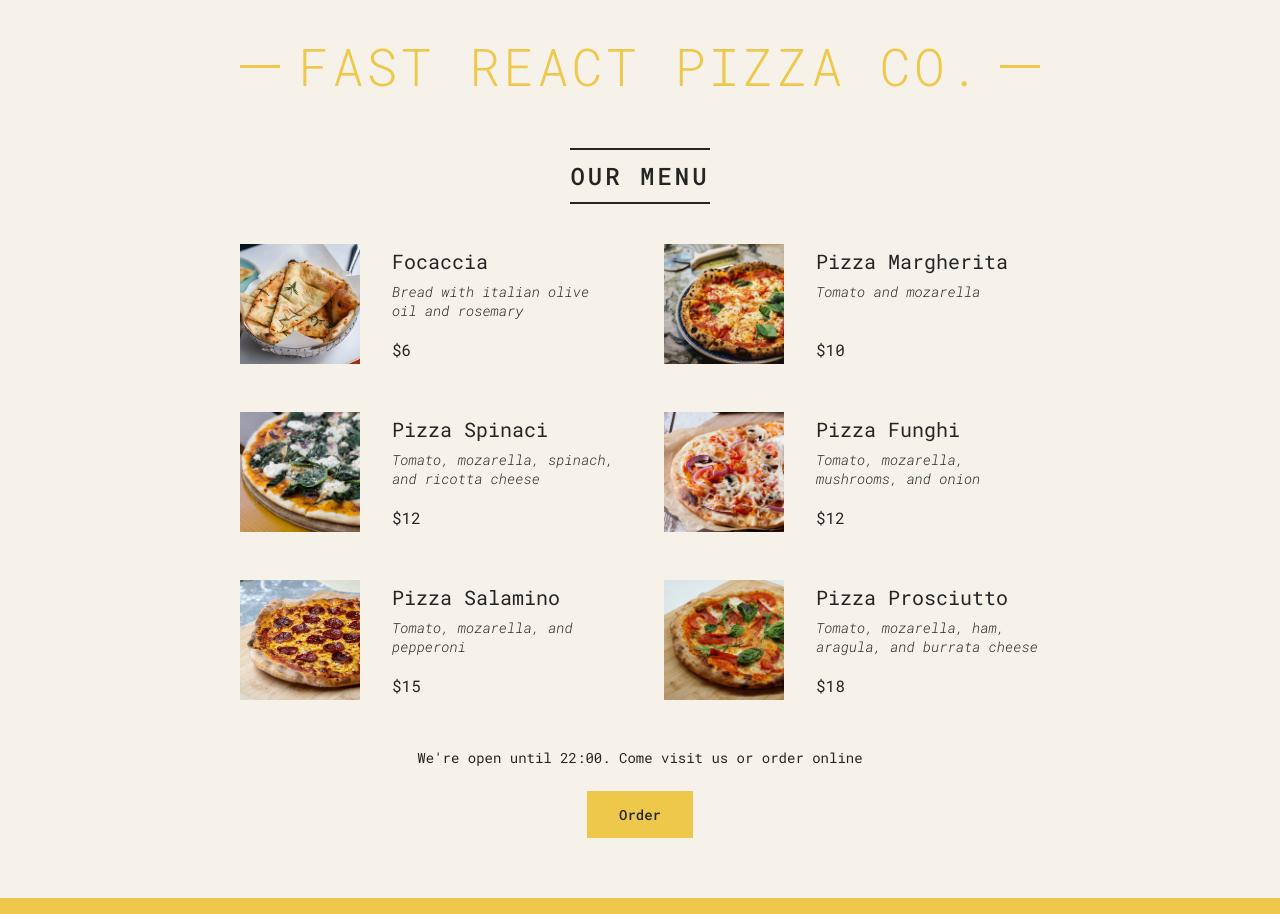
Repository: ahmedharidy/First-React-App
Page: /
The author's editor kept a copy of each file at every save. The page is drawn from the files as they stood at one save, then again after the next save.
The browser window is 1280 px wide. The pictures show the whole page.
The project was rebuilt for these pictures with package versions that can differ from the ones it lists, and the page was loaded fresh each time.

Above is the page before, as saved 2026-09-23 04:16:41.

After the next save:
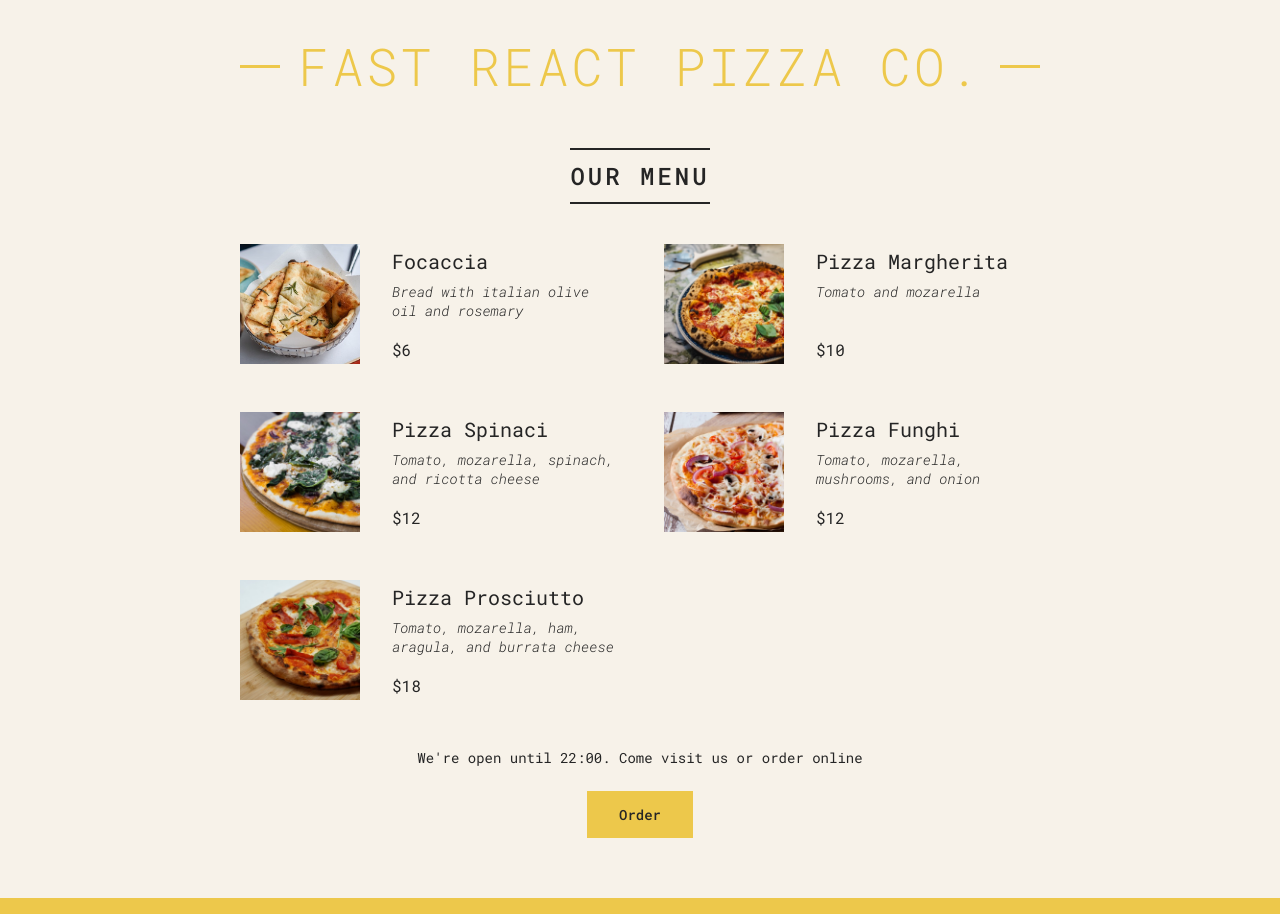
Saved 4 min 6 s later.
--- a/src/index.js
+++ b/src/index.js
@@ -100,6 +100,8 @@ function Menu() {
 }
 
 function Pizza(props) {
+  if (props.pizzaObj.soldOut) return null;
+
   return (
     <li className="pizza">
       <img src={props.pizzaObj.photoName} alt={props.pizzaObj.name}></img>
